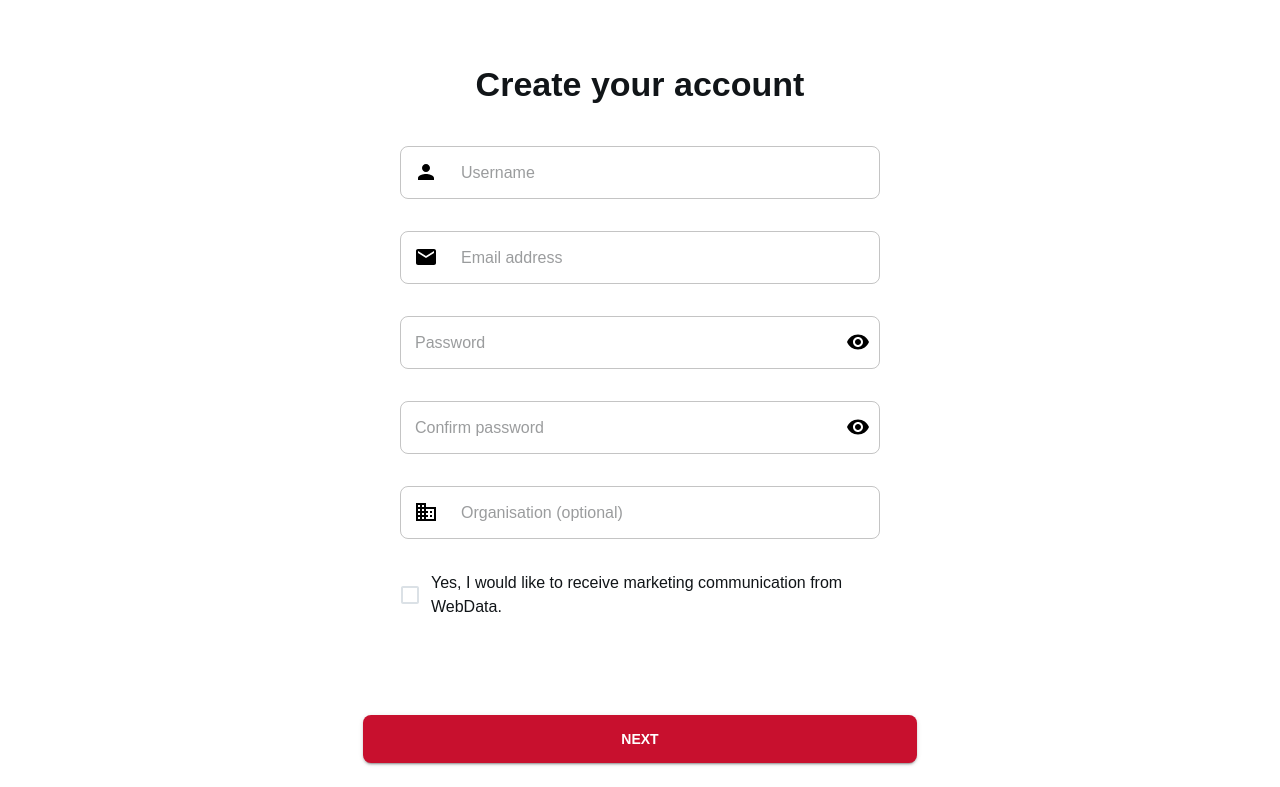
Repository: Pascal-Ahmadu/Tender-download-system
Page: /register (app in frontend/)
The author's editor kept a copy of each file at every save. The page is drawn from the files as they stood at one save, then again after the next save.
The browser window is 1280 px wide. The pictures show the whole page.
The page's requests for data from a server got no answer. Some web fonts or font styles are not loaded; a fallback is used. The project was rebuilt for these pictures with package versions that can differ from the ones it lists, and the page was loaded fresh each time. No one was signed in, and anything a server would have sent is missing. Also part of the build but not shown: frontend/vite.config.js, frontend/src/components/pages/LoginPage.jsx.

Above is the page before, as saved 2024-07-31 08:24:42.

### frontend/index.html
<!DOCTYPE html>
<html lang="en">
  <head>
    <meta charset="UTF-8" />
    <link rel="icon" type="image/svg+xml" href="/vite.svg" />
    <link
      href="https://fonts.googleapis.com/css2?family=Bento:wght@400;700&display=swap"
      rel="stylesheet"
    />

    <meta name="viewport" content="width=device-width, initial-scale=1.0" />
    <title>Vite + React</title>
  </head>
  <body>
    <div id="root"></div>
    <script type="module" src="/src/main.jsx"></script>
  </body>
</html>

### frontend/src/main.jsx
import React from "react";
import ReactDOM from "react-dom/client";
import App from "./App.jsx";
import "./index.css";
import { AuthProvider } from "./components/contexts/AuthContext.jsx";

ReactDOM.createRoot(document.getElementById("root")).render(
  <React.StrictMode>
    <AuthProvider>
      <App />
    </AuthProvider>
  </React.StrictMode>
);

### frontend/src/App.jsx
import React from "react";
import { BrowserRouter as Router, Routes, Route } from "react-router-dom";
import LoginPage from "./components/pages/LoginPage";
import RegistrationForm from "./components/pages/RegistrationPage";
import { createTheme, ThemeProvider } from "@mui/material/styles";

// Create a theme instance
const theme = createTheme({
  typography: {
    fontFamily: "Bento, sans-serif",
  },
});

const app = () => {
  return (
    <ThemeProvider theme={theme}>
      <Router>
        <Routes>
          <Route path="/" element={<LoginPage />} />
          <Route path="/register" element={<RegistrationForm />} />
        </Routes>
      </Router>
    </ThemeProvider>
  );
};

export default app;

### frontend/src/index.css
:root {
  font-family: "Bento", sans-serif;

  line-height: 1.5;
  font-weight: 400;

  color-scheme: white;
  color: rgba(255, 255, 255, 0.87);
  background-color: white;

  font-synthesis: none;
  text-rendering: optimizeLegibility;
  -webkit-font-smoothing: antialiased;
  -moz-osx-font-smoothing: grayscale;
}

body {
  font-family: "Merriweather", serif;
}

a {
  font-weight: 500;
  color: #646cff;
  text-decoration: inherit;
}
a:hover {
  color: #535bf2;
}

h1 {
  font-size: 3.2em;
  line-height: 1.1;
}

button {
  border-radius: 8px;
  border: 1px solid transparent;
  padding: 0.6em 1.2em;
  font-size: 1em;
  font-weight: 500;
  font-family: inherit;
  background-color: #1a1a1a;
  cursor: pointer;
  transition: border-color 0.25s;
}
button:hover {
  border-color: #646cff;
}
button:focus,
button:focus-visible {
  outline: 4px auto -webkit-focus-ring-color;
}

@media (prefers-color-scheme: light) {
  :root {
    color: #213547;
    background-color: #ffffff;
  }
  a:hover {
    color: #747bff;
  }
  button {
    background-color: #f9f9f9;
  }
}

### frontend/src/components/contexts/AuthContext.jsx
import React, { createContext, useState, useEffect, useContext } from "react";
import axios from "axios";

const API_BASE_URL = "http://localhost:5000";

axios.defaults.baseURL = API_BASE_URL;

const AuthContext = createContext();

const AuthProvider = ({ children }) => {
  const [user, setUser] = useState(null);

  // Fetch user on app load
  useEffect(() => {
    const fetchUser = async () => {
      try {
        const res = await axios.get("/api/auth/current", {
          withCredentials: true,
        });
        setUser(res.data.user);
      } catch (err) {
        console.error(err.response ? err.response.data.msg : err.message);
      }
    };

    fetchUser();
  }, []);

  const register = async (email, password) => {
    try {
      await axios.post(
        "/api/auth/register",
        { email, password },
        { withCredentials: true }
      );
      // Optionally fetch user data if needed
    } catch (err) {
      throw new Error(err.response ? err.response.data.msg : err.message);
    }
  };

  const login = async (email, password) => {
    try {
      await axios.post(
        "/api/auth/login",
        { email, password },
        { withCredentials: true }
      );
      const res = await axios.get("/api/auth/current", {
        withCredentials: true,
      });
      setUser(res.data.user);
    } catch (err) {
      throw new Error(err.response ? err.response.data.msg : err.message);
    }
  };

  const logout = async () => {
    try {
      await axios.post("/api/auth/logout", {}, { withCredentials: true });
      setUser(null);
    } catch (err) {
      console.error(err.response ? err.response.data.msg : err.message);
    }
  };

  return (
    <AuthContext.Provider value={{ user, register, login, logout }}>
      {children}
    </AuthContext.Provider>
  );
};

// Custom hook to use the AuthContext
const useAuth = () => {
  const context = useContext(AuthContext);
  if (context === undefined) {
    throw new Error("useAuth must be used within an AuthProvider");
  }
  return context;
};

export { AuthProvider, useAuth };

### frontend/src/components/pages/RegistrationPage.jsx
import React, { useState, useEffect } from "react";
import {
  TextField,
  Button,
  Box,
  Typography,
  Checkbox,
  FormControlLabel,
  InputAdornment,
  IconButton,
  LinearProgress,
  FormHelperText,
} from "@mui/material";
import {
  Visibility,
  VisibilityOff,
  Person,
  Email,
  Business,
} from "@mui/icons-material";

function SignupForm() {
  const [showPassword, setShowPassword] = useState(false);
  const [password, setPassword] = useState("");
  const [confirmPassword, setConfirmPassword] = useState("");
  const [passwordStrength, setPasswordStrength] = useState(0);
  const [passwordEntered, setPasswordEntered] = useState(false);
  const [passwordValid, setPasswordValid] = useState({
    length: false,
    uppercase: false,
    lowercase: false,
    symbol: false,
  });
  const [showRequirements, setShowRequirements] = useState(false);
  const [typingTimeout, setTypingTimeout] = useState(null);

  const handleClickShowPassword = () => setShowPassword(!showPassword);

  const handlePasswordChange = (event) => {
    const password = event.target.value;
    setPassword(password);
    setPasswordEntered(true);
    setShowRequirements(true);

    // Check password validity
    const lengthValid = password.length >= 8 && password.length <= 16;
    const uppercaseValid = /[A-Z]/.test(password);
    const lowercaseValid = /[a-z]/.test(password);
    const symbolValid = /[!@#$%^&*(),.?":{}|<>]/.test(password);

    setPasswordValid({
      length: lengthValid,
      uppercase: uppercaseValid,
      lowercase: lowercaseValid,
      symbol: symbolValid,
    });

    // Calculate strength
    setPasswordStrength(
      (lengthValid + uppercaseValid + lowercaseValid + symbolValid) * 25
    );

    // Clear previous timeout
    if (typingTimeout) clearTimeout(typingTimeout);

    // Set a new timeout
    setTypingTimeout(
      setTimeout(() => {
        setShowRequirements(false);
      }, 2000)
    ); // Hide after 2 seconds of inactivity
  };

  const handleConfirmPasswordChange = (event) => {
    setConfirmPassword(event.target.value);
  };

  const getStrengthColor = () => {
    if (passwordStrength <= 33) return "#f44336"; // Red for weak
    if (passwordStrength <= 66) return "#ff9800"; // Orange for medium
    return "#4caf50"; // Green for strong
  };

  const passwordsMatch = password === confirmPassword;

  useEffect(() => {
    // Cleanup on component unmount
    return () => {
      if (typingTimeout) clearTimeout(typingTimeout);
    };
  }, [typingTimeout]);

  return (
    <Box
      sx={{
        display: "flex",
        flexDirection: "column",
        minHeight: "100vh",
        backgroundColor: "white",
        overflow: "hidden",
      }}
    >
      <Box
        sx={{
          display: "flex",
          flexDirection: "column",
          flex: 1,
          justifyContent: "center",
          alignItems: "center",
          px: 2,
          py: 4,
          mb: 4, // Add bottom margin to raise the form
        }}
      >
        <Box
          sx={{
            display: "flex",
            flexDirection: "column",
            width: "100%",
            maxWidth: "480px",
            boxSizing: "border-box",
          }}
        >
          <Typography
            variant="h4"
            sx={{
              fontWeight: "bold",
              textAlign: "center",
              color: "#111518",
              py: 3,
            }}
          >
            Create your account
          </Typography>
          <TextField
            placeholder="Username"
            fullWidth
            margin="normal"
            InputProps={{
              startAdornment: (
                <InputAdornment position="start">
                  <Person sx={{ color: "black" }} />
                </InputAdornment>
              ),
            }}
            sx={{
              "& .MuiOutlinedInput-root": {
                borderRadius: 2,
                borderColor: "#dbe1e6",
              },
              "& .MuiInputBase-input": {
                color: "#111518",
                p: "15px",
                fontSize: "1rem",
              },
              mb: 2,
            }}
          />
          <TextField
            placeholder="Email address"
            fullWidth
            margin="normal"
            InputProps={{
              startAdornment: (
                <InputAdornment position="start">
                  <Email sx={{ color: "black" }} />
                </InputAdornment>
              ),
            }}
            sx={{
              "& .MuiOutlinedInput-root": {
                borderRadius: 2,
                borderColor: "#dbe1e6",
              },
              "& .MuiInputBase-input": {
                color: "#111518",
                p: "15px",
                fontSize: "1rem",
              },
              mb: 2,
            }}
          />
          <TextField
            placeholder="Password"
            fullWidth
            type={showPassword ? "text" : "password"}
            onChange={handlePasswordChange}
            onFocus={() => setPasswordEntered(true)}
            margin="normal"
            InputProps={{
              endAdornment: (
                <InputAdornment position="end">
                  <IconButton onClick={handleClickShowPassword} edge="end">
                    {showPassword ? (
                      <VisibilityOff sx={{ color: "black" }} />
                    ) : (
                      <Visibility sx={{ color: "black" }} />
                    )}
                  </IconButton>
                </InputAdornment>
              ),
            }}
            sx={{
              "& .MuiOutlinedInput-root": {
                borderRadius: 2,
                borderColor: "#dbe1e6",
              },
              "& .MuiInputBase-input": {
                color: "#111518",
                p: "15px",
                fontSize: "1rem",
              },
              mb: 2,
            }}
          />
          {passwordEntered && showRequirements && (
            <Box sx={{ mb: 2 }}>
              <Typography variant="body2" sx={{ color: "#60778a", py: 1 }}>
                Password strength
              </Typography>
              <LinearProgress
                variant="determinate"
                value={passwordStrength}
                sx={{
                  height: 8,
                  borderRadius: 2,
                  backgroundColor: "#e0e0e0",
                  "& .MuiLinearProgress-bar": {
                    borderRadius: 2,
                    backgroundColor: getStrengthColor(),
                  },
                }}
              />
              <FormHelperText
                sx={{
                  color: "#60778a",
                  pt: 1,
                }}
              >
                <ul>
                  <li
                    style={{
                      color: passwordValid.length ? "#4caf50" : "#f44336",
                    }}
                  >
                    {passwordValid.length
                      ? "✔ Length between 8 and 16 characters"
                      : "✘ Length between 8 and 16 characters"}
                  </li>
                  <li
                    style={{
                      color: passwordValid.uppercase ? "#4caf50" : "#f44336",
                    }}
                  >
                    {passwordValid.uppercase
                      ? "✔ At least one uppercase letter"
                      : "✘ At least one uppercase letter"}
                  </li>
                  <li
                    style={{
                      color: passwordValid.lowercase ? "#4caf50" : "#f44336",
                    }}
                  >
                    {passwordValid.lowercase
                      ? "✔ At least one lowercase letter"
                      : "✘ At least one lowercase letter"}
                  </li>
                  <li
                    style={{
                      color: passwordValid.symbol ? "#4caf50" : "#f44336",
                    }}
                  >
                    {passwordValid.symbol
                      ? "✔ At least one symbol"
                      : "✘ At least one symbol"}
                  </li>
                </ul>
              </FormHelperText>
            </Box>
          )}
          <TextField
            placeholder="Confirm password"
            fullWidth
            type={showPassword ? "text" : "password"}
            onChange={handleConfirmPasswordChange}
            margin="normal"
            InputProps={{
              endAdornment: (
                <InputAdornment position="end">
                  <IconButton onClick={handleClickShowPassword} edge="end">
                    {showPassword ? (
                      <VisibilityOff sx={{ color: "black" }} />
                    ) : (
                      <Visibility sx={{ color: "black" }} />
                    )}
                  </IconButton>
                </InputAdornment>
              ),
            }}
            sx={{
              "& .MuiOutlinedInput-root": {
                borderRadius: 2,
                borderColor: "#dbe1e6",
              },
              "& .MuiInputBase-input": {
                color: "#111518",
                p: "15px",
                fontSize: "1rem",
              },
              mb: 2,
            }}
          />
          {!passwordsMatch && confirmPassword.length > 0 && (
            <FormHelperText sx={{ color: "#f44336" }}>
              Passwords do not match
            </FormHelperText>
          )}
          <TextField
            placeholder="Organisation (optional)"
            fullWidth
            margin="normal"
            InputProps={{
              startAdornment: (
                <InputAdornment position="start">
                  <Business sx={{ color: "black" }} />
                </InputAdornment>
              ),
            }}
            sx={{
              "& .MuiOutlinedInput-root": {
                borderRadius: 2,
                borderColor: "#dbe1e6",
              },
              "& .MuiInputBase-input": {
                color: "#111518",
                p: "15px",
                fontSize: "1rem",
              },
              mb: 2,
            }}
          />
          <FormControlLabel
            control={
              <Checkbox
                sx={{
                  color: "#dbe1e6",
                  "&.Mui-checked": {
                    color: "#2094f3",
                  },
                }}
              />
            }
            label="Yes, I would like to receive marketing communication from WebData."
            sx={{ color: "#111518", mt: 2 }}
          />
        </Box>
      </Box>
      <Box
        component="footer"
        sx={{
          display: "flex",
          justifyContent: "center",
          px: 2,
          py: 2,
        }}
      >
        <Button
          variant="contained"
          fullWidth // Make the button span the width of its container
          sx={{
            bgcolor: "#c8102e", // Button color
            color: "white",
            fontWeight: "bold",
            borderRadius: 2,
            py: 1.5, // Adjust vertical padding for height
            mt: 2, // Margin top for spacing
            width: "45%", // Ensure button width is 100% of container width
            boxSizing: "border-box", // Ensure padding is included in width
            "&:hover": {
              bgcolor: "#a50f1d", // Slightly darker on hover
            },
          }}
        >
          Next
        </Button>
      </Box>
    </Box>
  );
}

export default SignupForm;

After the next save:
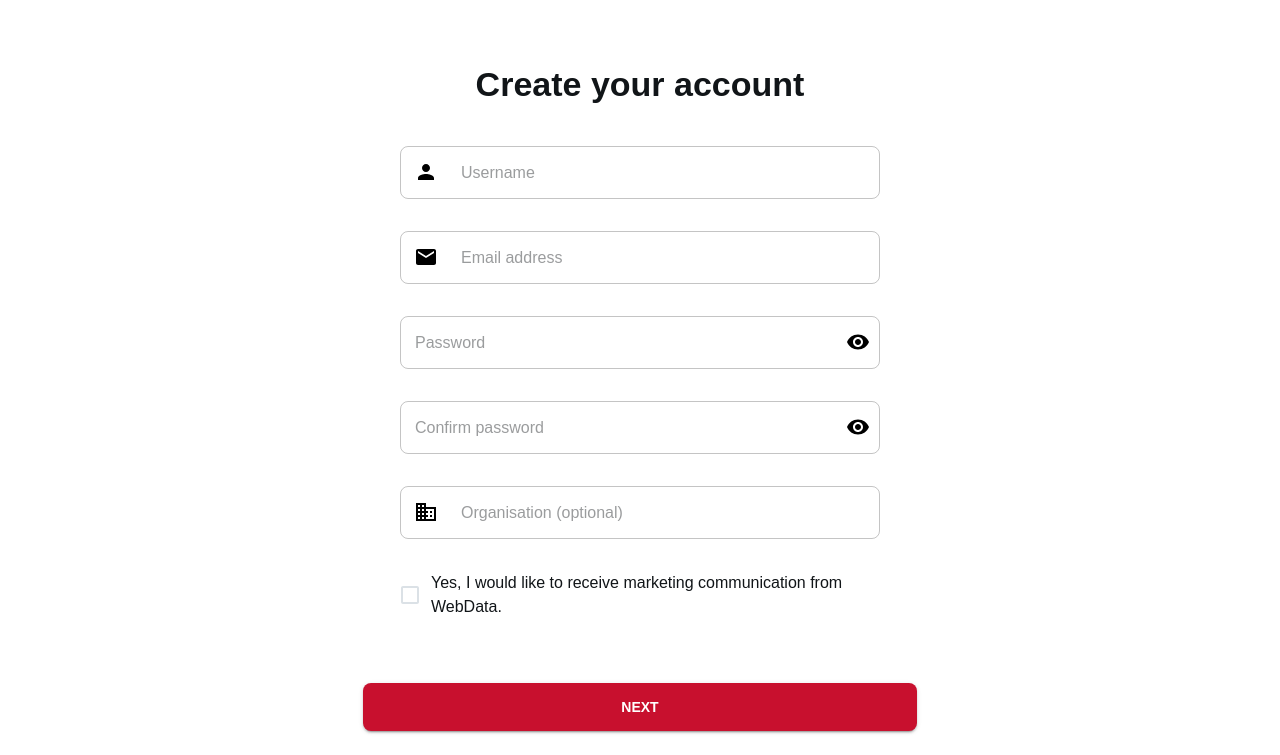
Saved 14 s later.
--- a/frontend/src/components/pages/RegistrationPage.jsx
+++ b/frontend/src/components/pages/RegistrationPage.jsx
@@ -109,7 +109,6 @@ function SignupForm() {
           alignItems: "center",
           px: 2,
           py: 4,
-          mb: 4, // Add bottom margin to raise the form
         }}
       >
         <Box
